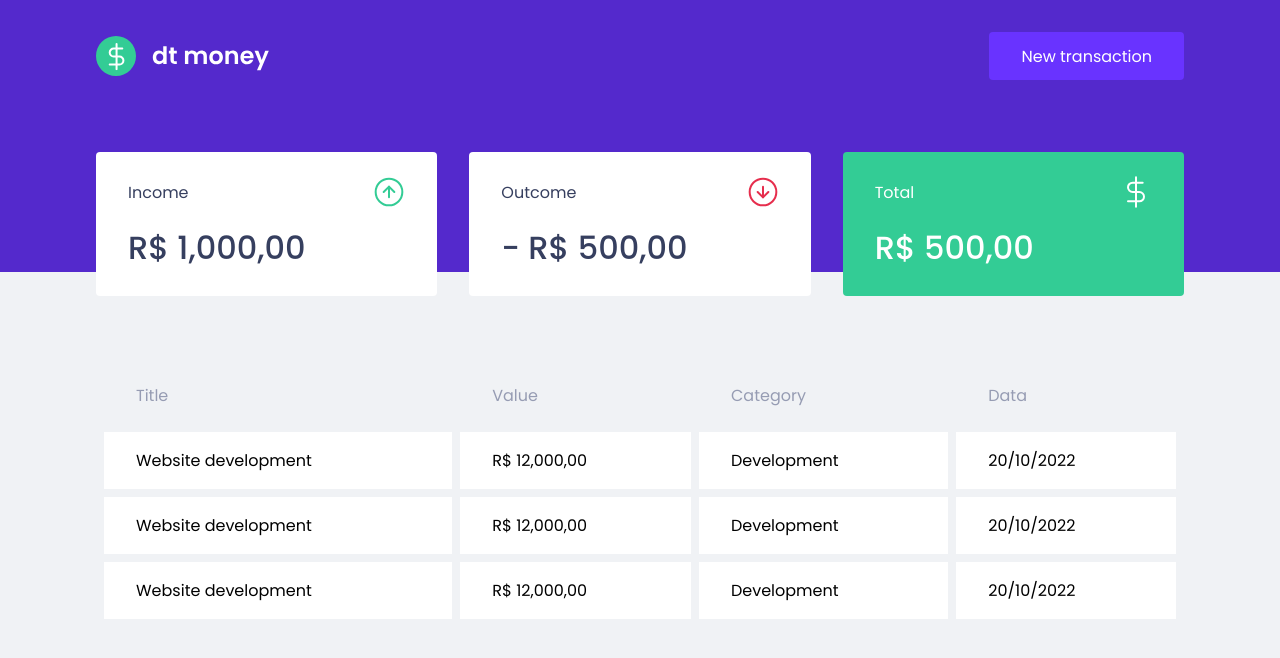
Repository: JoseGu1llardi/dtmoney
Page: /
An editor plug-in stored every save of this project. The page is shown before and after the next save, followed by the edit.
The browser window is 1280 px wide. The pictures show the whole page.
The project was rebuilt for these pictures with package versions that can differ from the ones it lists, and the page was loaded fresh each time.

Above is the page before, as saved 2022-12-30 15:41:44.

### public/index.html
<!DOCTYPE html>
<html lang="en">
  <head>
    <link rel="preconnect" href="https://fonts.googleapis.com" />
    <link rel="preconnect" href="https://fonts.gstatic.com" crossorigin />

    <meta charset="utf-8" />
    <meta name="viewport" content="width=device-width, initial-scale=1" />

    <link
      href="https://fonts.googleapis.com/css2?family=Poppins:wght@400;500;600&display=swap"
      rel="stylesheet"
    />

    <link rel="shortcut icon" href="favicon.png" type="image/png" />

    <title>Guillardi Money</title>
  </head>
  <body>
    <noscript>You need to enable JavaScript to run this app.</noscript>
    <div id="root"></div>
  </body>
</html>

### src/index.tsx
import { StrictMode } from 'react';
import { createRoot } from 'react-dom/client';
import { App } from './App';

const root = createRoot(
  document.getElementById('root') as HTMLElement
);
root.render(
  <StrictMode>
    <App />
  </StrictMode>
);

### src/App.tsx
import { Dashboard } from "./components/Dashboard";
import { Header } from "./components/Header";

import { GlobalStyle } from "./styles/global";

export function App() {
  return (
    <>
      <Header />
      <Dashboard />
      <GlobalStyle />
    </>
  );
}

### src/components/Dashboard/index.tsx
import { Summary } from "../Summary";
import { TransactionTable } from "../TransactionsTable";

import { Container } from "./styles";


export function Dashboard() {
    return (
        <Container>
            <Summary />
            <TransactionTable />
        </Container>
    )
}

### src/components/Header/index.tsx
import logoImg from '../../assets/logo.svg'
import { Container, Content } from './styles'

export function Header() {
    return (
        <Container>
            <Content>
                <img src={logoImg} alt="Logo Guillardi Money" />
                <button>
                    New transaction
                </button>
            </Content>
        </Container>
    )
}

### src/styles/global.ts
import { createGlobalStyle } from "styled-components";

export const GlobalStyle = createGlobalStyle`
    :root {
        --background: #F0F2F5;
        --red: #e52e4d;
        --blue: #5429cc;
        --green: #33cc95;

        --blue-light: #6933ff;

        --text-title: #363f5f;
        --text-body: #969cb3;

        --background: #f0f2f5;
        --shape: #ffffff;
    }

    * {
        margin: 0;
        padding: 0;
        box-sizing: border-box;
    }

    html {
        @media (max-width: 1080px) {
            font-size: 93.75%;

        @media (max-width: 720px) {
            font-size: 87.5%;
        }
    }

    }

    body {
        background: var(--background);
        -webkit-font-smoothing: antialiased;
    }

    body, input, textarea, button {
        font-family: 'Poppins', sans-serif;
        font-weight: 400;
    }

    h1, h2, h3, h4, h5, h6, strong {
        font-weight: 600;
    }

    button {
        cursor: pointer;
    }

    [disabled] {
        opacity: 0.6;
        cursor: not-allowed;
    }
`;

### src/components/Summary/index.tsx
import { Container } from './styles';

import incomeImg from '../../assets/income.svg';
import outcomeImg from '../../assets/outcome.svg';
import totalImg from '../../assets/total.svg';

export function Summary() {
    return (
        <Container>
            <div>
                <header>
                    <p>Income</p>
                    <img src={incomeImg} alt="Logo income" />
                </header>
                <strong>R$ 1,000,00</strong>
            </div>

            <div>
                <header>
                    <p>Outcome</p>
                    <img src={outcomeImg} alt="Logo outcome" />
                </header>
                <strong>- R$ 500,00</strong>
            </div>

            <div className="highlight-background">
                <header>
                    <p>Total</p>
                    <img src={totalImg} alt="Logo total" />
                </header>
                <strong>R$ 500,00</strong>
            </div>
        </Container>
    )
}

### src/components/TransactionsTable/index.tsx
import { Container } from './styles';

export function TransactionTable() {
    return (
        <Container>
            <table>
                <thead>
                    <tr>
                        <th>Title</th>
                        <th>Value</th>
                        <th>Category</th>
                        <th>Data</th>
                    </tr>
                </thead>

                <tbody>
                    <tr>
                        <td>Website development</td>
                        <td>R$ 12,000,00</td>
                        <td>Development</td>
                        <td>20/10/2022</td>
                    </tr>

                    <tr>
                        <td>Website development</td>
                        <td>R$ 12,000,00</td>
                        <td>Development</td>
                        <td>20/10/2022</td>
                    </tr>

                    <tr>
                        <td>Website development</td>
                        <td>R$ 12,000,00</td>
                        <td>Development</td>
                        <td>20/10/2022</td>
                    </tr>

                </tbody>
            </table>
        </Container>
    )
}

### src/components/Header/styles.ts
import styled from "styled-components";

export const Container = styled.header`
  background: var(--blue);
`;

export const Content = styled.div`
  max-width: 1120px;
  margin: 0 auto;

  padding: 2rem 1rem 12rem;
  display: flex;
  align-items: center;
  justify-content: space-between;

  button {
    font-size: 1rem;
    color: white;
    background: var(--blue-light);
    border: 0;
    padding: 0 2rem;
    border-radius: 0.25rem;
    height: 3rem;

    transition: filter 0.2s;

    &:hover {
      filter: brightness(0.9);
    }
  }
`;

### src/components/Summary/styles.ts
import styled from "styled-components";

export const Container = styled.div`
  display: grid;
  grid-template-columns: repeat(3, 1fr);
  gap: 2rem;
  margin-top: -10rem;

  div {
    background: var(--shape);
    padding: 1.5rem 2rem;
    border-radius: 0.25rem;
    color: var(--text-title);

    header {
      display: flex;
      align-items: center;
      justify-content: space-between;
    }

    strong {
      display: block;
      margin-top: 1rem;
      font-size: 2rem;
      font-weight: 500;
    }

    &.highlight-background {
      background: var(--green);
      color: white;
    }
  }
`;

### src/components/TransactionsTable/styles.ts
import styled from "styled-components";

export const Container = styled.div`
  margin-top: 4rem;

  table {
    width: 100%;
    border-spacing: 0.5rem;

    th {
      color: var(--text-body);
      font-weight: 400;
      padding: 1rem 2rem;
      text-align: left;
      line-height: 1.5rem;
    }

    td {
      padding: 1rem 2rem;
      border: 0;
      background: var(--shape);
    }
  }
`;

Loaded but not shown: src/components/Dashboard/styles.ts (common file)

After the next save:
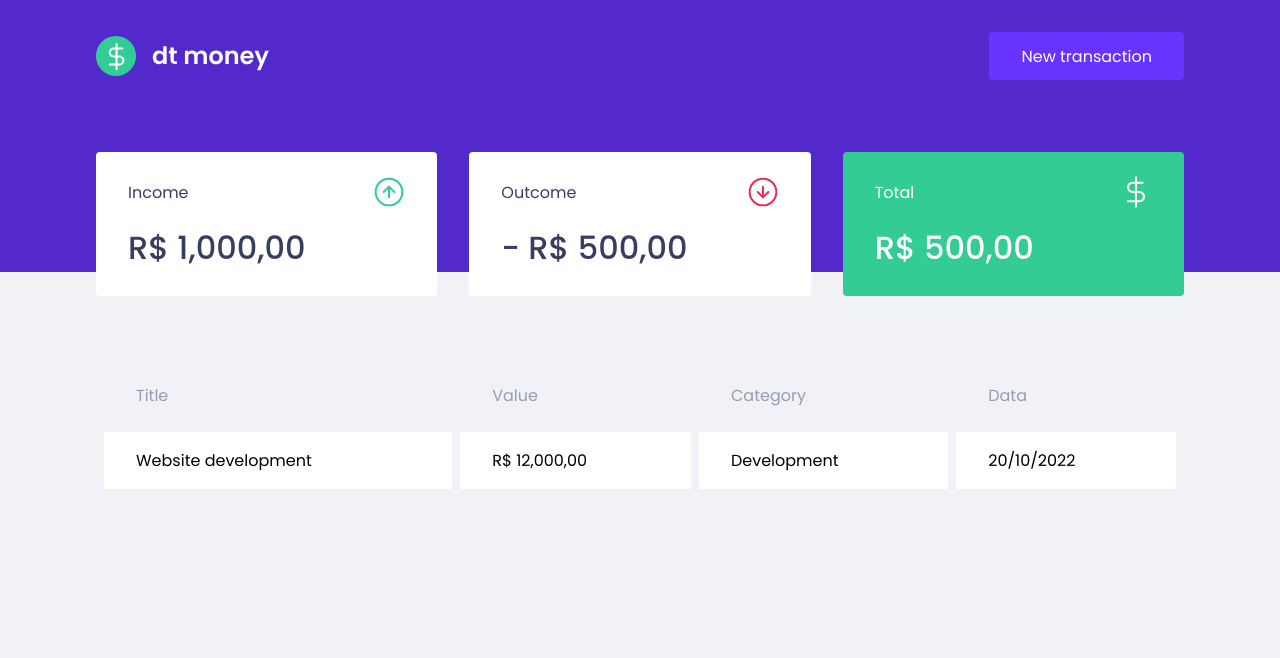
Saved 3 min 7 s later.
--- a/src/components/TransactionsTable/index.tsx
+++ b/src/components/TransactionsTable/index.tsx
@@ -21,20 +21,6 @@ export function TransactionTable() {
                         <td>20/10/2022</td>
                     </tr>
 
-                    <tr>
-                        <td>Website development</td>
-                        <td>R$ 12,000,00</td>
-                        <td>Development</td>
-                        <td>20/10/2022</td>
-                    </tr>
-
-                    <tr>
-                        <td>Website development</td>
-                        <td>R$ 12,000,00</td>
-                        <td>Development</td>
-                        <td>20/10/2022</td>
-                    </tr>
-
                 </tbody>
             </table>
         </Container>
